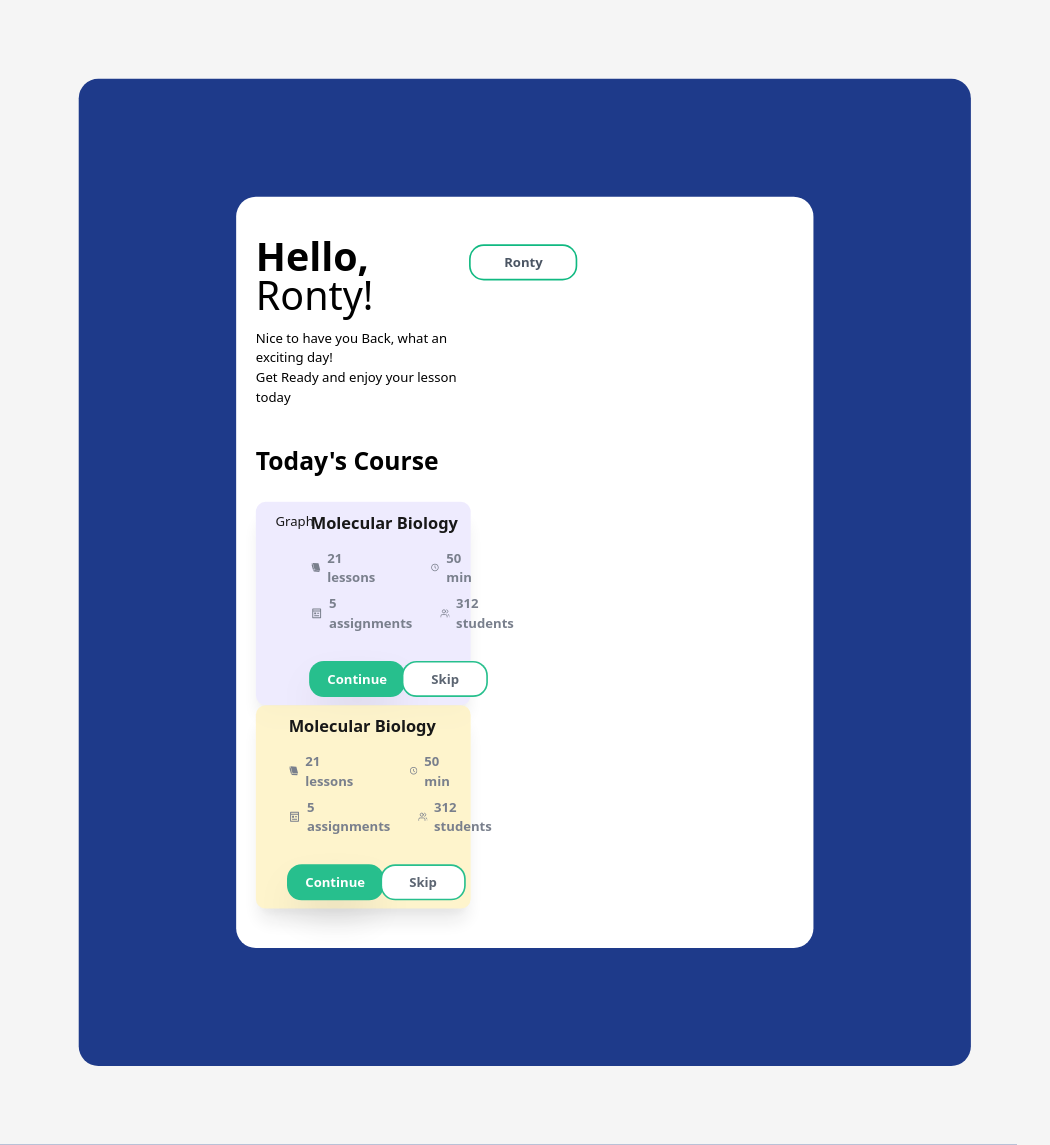
Repository: coolronts/Vite-Tailwind
Page: /
These files come from the project's save history. The page is drawn as it stood at one moment and after the next save; the edit follows.
The browser window is 1280 px wide. The pictures show the whole page, at 82% of full size.
The project was rebuilt for these pictures with package versions that can differ from the ones it lists, and the page was loaded fresh each time. Also part of the build but not shown: vite.config.js.

Above is the page before, as saved 2021-11-26 13:56:29.

### src/App.jsx
import './App.css'

import {Course, Intro} from './Section'
import { PrimaryButton, SecondaryButton } from './components/Button'

import Class from './Section/Class'
import {PrimaryCard} from './components/Card'
import SplitScreen from './components/SplitScreen'

function App() {

  return (

    <div className="App ">
      <div className="p-24 bg-blue-900 m-24 rounded-3xl">
      <div className="bg-white my-12 mx-24 rounded-3xl px-6 py-12">
      <SplitScreen leftWeight = 'w-2/5'>
        <div id="left">
          <Intro/>
          <div id="course">
            <p className="text-3xl font-bold  font-sans mb-8">Today's Course</p>
            <PrimaryCard>
              <Course/>
            </PrimaryCard>
            <PrimaryCard color="yellow">
              <Class/>
            </PrimaryCard>
          </div>
        </div>

        <div id="right">
          <SecondaryButton name="Ronty"/>
        </div>


        </SplitScreen>
        </div>
      </div>
      </div>
  )
}

export default App

### src/Section/index.js
import Course from "./Course";
import Intro from "./Intro";

export { Intro, Course };

### src/components/Button/index.jsx
import React from 'react'

export const PrimaryButton = ({name}) =>{
  return (
    <button className="bg-green-500 w-36 py-2 ring-2 ring-green-500 text-white text-md font-semibold shadow-2xl rounded-2xl mt-3">
      {name}
    </button>
  )
}

export const SecondaryButton = ({name}) =>{
  return (
    <button className="bg-white w-32 py-2 ring-2 ring-green-500 text-gray-600 text-md font-semibold  rounded-2xl mt-3">
      {name}
    </button>
  )
}

### src/Section/Class/index.jsx
import {PrimaryButton, SecondaryButton} from '../../components/Button'

import { BiTimeFive } from 'react-icons/bi'
import {FiUsers} from 'react-icons/fi'
import { GiWhiteBook } from 'react-icons/gi'
import React from 'react'
import { RiPagesLine } from 'react-icons/ri'
import SplitScreen from '../../components/SplitScreen'

export default function Class({
  course = "Molecular Biology",
  lessons = "21",
  assignments = "5",
  time = "50",
  students = "312"
}) {
  return (
    <SplitScreen leftWeight = 'w-1/3 mr-4' rightWeight = 'w-full'>
      <div id="left" className="flex flex-col justify-center h-full ">
        <img className="rounded-2xl" src="data:[embedded picture, 7543 characters]" alt=""/>
      </div>
      <div id="right">
        <h4 className="font-bold text-xl mb-4">{course}</h4>
        <div className="flex flex-col w-5/6">
          <div className="flex  text-gray-500 font-semibold mb-2">
            <p className="flex items-center mr-16"> <GiWhiteBook className="mr-2"/>  {lessons} lessons</p>
            <p className="flex items-center"> <BiTimeFive className="mr-2"/>  {time} min</p>
          </div>
          <div className="flex  text-gray-500 font-semibold text-left">
            <p className="flex items-center mr-8"> <RiPagesLine className="mr-2"/>  {assignments} assignments</p>
            <p className="flex items-center"> <FiUsers className="mr-2"/>  {students} students</p>
          </div>
        </div>
        <div className="flex justify-around mt-6">
          <PrimaryButton name="Continue" />
          <SecondaryButton name="Skip" />
        </div>
      </div>
    </SplitScreen>
  )
}

### src/components/Card/index.jsx
import React from 'react'

export const PrimaryCard =({children, color="purple"}) => {
  return (
    <div className={`bg-${color}-100 py-3 px-6 rounded-xl shadow-xl opacity-90`}>
      {children}
    </div>
  )
}

### src/components/SplitScreen/index.jsx
import PropTypes from 'prop-types'
import React from "react"
import tw from "tailwind-styled-components"

const Container = tw.div`${(props) => props.weight}`;

const Pane = tw.div`${(props) => props.weight}`;

const SplitScreen = ({
	children,
	containerWeight = 'flex w-full',
  leftWeight = 'w-1/2',
	rightWeight = 'w-1/2',
}) => {
	const [left, right] = children;
	return (
		<Container className={containerWeight}>
			<Pane className={leftWeight}>
				{left}
			</Pane>
			<Pane className={rightWeight}>
				{right}
			</Pane>
		</Container>
	);
}

export default SplitScreen

SplitScreen.propTypes = {
	children: PropTypes.arrayOf(PropTypes.node).isRequired,
	containerWeight: PropTypes.string,
	leftWeight: PropTypes.string,
	rightWeight: PropTypes.string,
}

### src/Section/Course/index.jsx
import {PrimaryButton, SecondaryButton} from '../../components/Button'

import {BiTimeFive} from 'react-icons/bi'
import {FiUsers} from 'react-icons/fi'
import { GiWhiteBook } from 'react-icons/gi'
import React from 'react'
import { RiPagesLine } from 'react-icons/ri'
import SplitScreen from '../../components/SplitScreen'

export default function Course({
  course = "Molecular Biology",
  lessons = "21",
  assignments = "5",
  time = "50",
  students = "312"
}) {
  return (
    <SplitScreen leftWeight = 'w-1/5' rightWeight = 'w-full'>
      <div id="left">
        Graph
      </div>
      <div id="right">
        <h4 className="font-bold text-xl mb-4">{course}</h4>
        <div className="flex flex-col w-5/6">
          <div className="flex  text-gray-500 font-semibold mb-2">
            <p className="flex items-center mr-16"> <GiWhiteBook className="mr-2"/>  {lessons} lessons</p>
            <p className="flex items-center"> <BiTimeFive className="mr-2"/>  {time} min</p>
          </div>
          <div className="flex  text-gray-500 font-semibold text-left">
            <p className="flex items-center mr-8"> <RiPagesLine className="mr-2"/>  {assignments} assignments</p>
            <p className="flex items-center"> <FiUsers className="mr-2"/>  {students} students</p>
          </div>
        </div>
        <div className="flex justify-around mt-6">
          <PrimaryButton name="Continue" />
          <SecondaryButton name="Skip" />
        </div>
      </div>
    </SplitScreen>
  )
}

### src/Section/Intro/index.jsx
import React from 'react'

export default function Intro({name}) {
  return (
    <div className="mb-12">
      <h3 className="text-5xl font-sans font-bold mb-4">Hello, <span className="font-light">Ronty!</span> </h3>
      <div className="font-semibold tracking-wide text-gray-500">

      </div>
      <h5>Nice to have you Back, what an exciting day!</h5>
      <h5>Get Ready and enjoy your lesson today</h5>
    </div>
  )
}

Loaded but not shown: index.html (common file); src/main.jsx (common file); src/index.css (common file); src/App.css (common file); tailwind.config.js (common file)

After the next save:
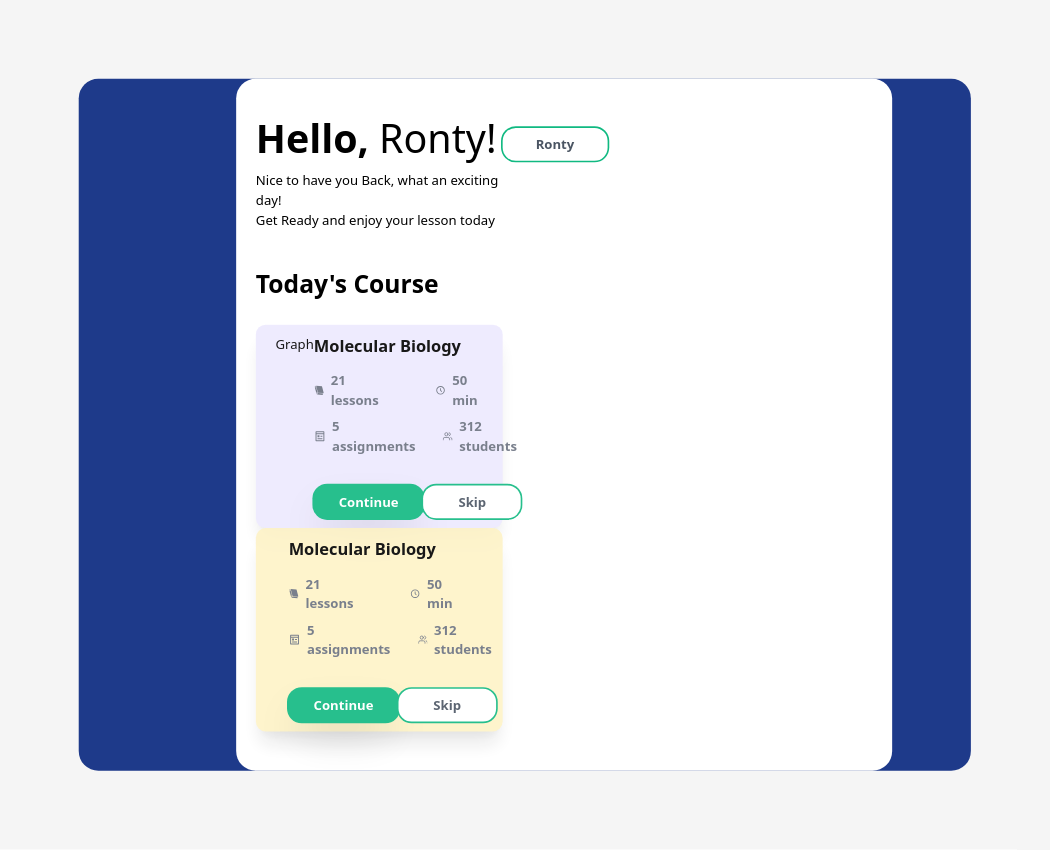
Saved 14 s later.
--- a/src/App.jsx
+++ b/src/App.jsx
@@ -12,7 +12,7 @@ function App() {
   return (
 
     <div className="App ">
-      <div className="p-24 bg-blue-900 m-24 rounded-3xl">
+      <div className="pl-24 bg-blue-900 m-24 rounded-3xl">
       <div className="bg-white my-12 mx-24 rounded-3xl px-6 py-12">
       <SplitScreen leftWeight = 'w-2/5'>
         <div id="left">
